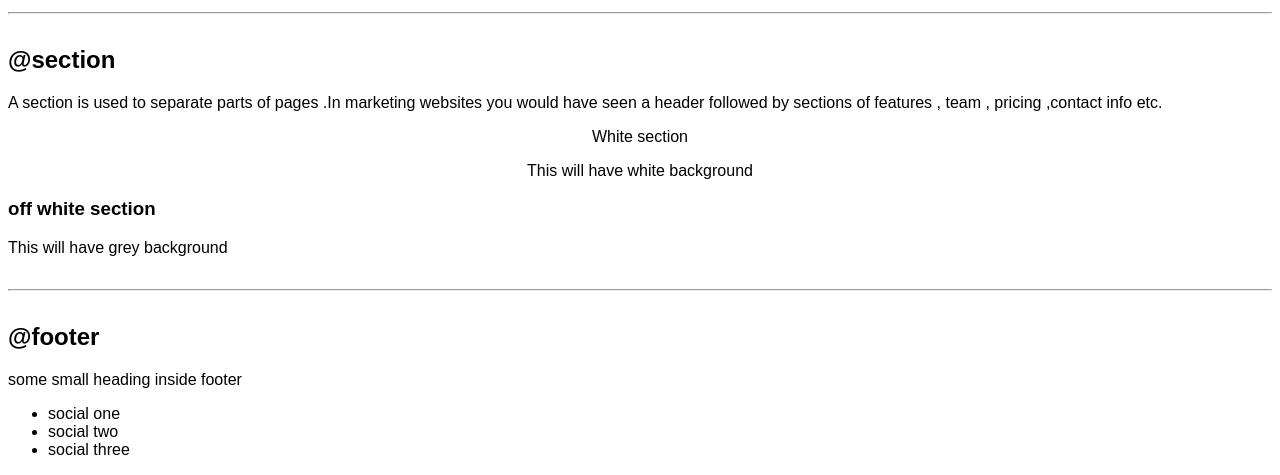
Repository: nihalani20/KomalNihalani-Portfolio
Page: index.html
An editor plug-in stored every save of this project. The page is shown before and after the next save, followed by the edit.
The browser window is 1280 px wide. The pictures show the part of the page from y = 2075 to 2560 px (the page is 2550 px tall before and 2560 px after).
A picture or video elsewhere on the page could not be fetched, so the positions and the page height are approximate.

Above is the page before, as saved 2023-10-29 14:02:39.

### index.html
<!DOCTYPE html>
<html lang="en">
<head>
    <meta charset="UTF-8">
    <meta name="viewport" content="width=device-width, initial-scale=1.0">
    <title>component library</title>
    <link href = "style.css" rel = "stylesheet"/>


</head>
<body>
    <h1 >komal's component Library</h1>
    <p>I am attending <strong>neog.camp </strong>and I want to make a library  which would make all my <strong>projects</strong> look good and consistent.</p>

    <hr>

    <h2>@typography</h2>

    <h1>This is the biggest heading</h1>
    <h2>This is the second biggest heading</h2>
    <p>Let me show you the normal text . This is free flowing and will wrap at the end like a paragraph.</p>
    <small>This is relatively smaller text.</small>


    <hr>

<h2>@container</h2>
<h3>@fluid container</h3>
<!-- below we used div class instead of para element -->
<div class = "container">This is a fluid container and it will go till the end of the page.</div>

<h3>@center container</h3>
<div class = "container container-center">This is a centered container and it will go till the specified width.</div>

<hr>

<h2>@links</h2>
<!-- connect link to css -->
<a  class = "link primary-link"href="/">Primary Link</a>
<a  class = "link secondary-link"href ="/">Secondary link</a>


<hr>
<h2>@lists</h2>
<h3>unordered list</h3>
<p>We don't want to show bullets in the unordered list. We'll remove that with CSS.</p>
<ul class="list-non-bullet">
<li> Item one</li>
<li> Item two</li>
<li>Item three</li>
</ul>





<h3>ordered list</h3>

<ol>
    <li>milk</li>
    <li>curd</li>
    <li>Banana</li>

</ol>


<h3> reversed ordered list</h3>
<p>Counting of will go reverse for this list</p>
<ol reversed>
    <li>Banana</li>
    <li>curd</li>
    <li>milk</li>
</ol>

<h3> unordered inline list</h3>
<p>Instead of going in a new row, we will create a list which will take columns.</p>
<ul class="list-non-bullet">

<li class="list-item-inline">Inline Item one</li>
<li class="list-item-inline">Inline Item two</li>
<li class="list-item-inline">Inline Item three</li>

</ul>

<hr>

<h2>@navigation bar</h2>
<nav class="navigation-container">

    <div class = "nav-brand">I am a developer</div>

    <ul class="list-non-bullet">
        <!-- also we have to active the link -->

<li class="list-item-inline"> home</li>
<a class="link-active"></a>

<li class="list-item-inline"> projects</li>
<a class = "link"></a>

<li class="list-item-inline">blogs</li>
<a class = "link"></a>


    </ul>
</nav>

<hr>
<!-- Header is also called Hero  -->
<header class = "hero">
    <img class="hero-img" src = "images/undraw_proud_coder_re_exuy.svg">
    <h1 class = "hero-heading"> Heading inside hero </h1>

</header>

<hr>
<h2>@section</h2>
<p>A section is used to separate parts of pages .In marketing websites you would have seen a header followed by sections of features , team , pricing ,contact info etc.</p>






<section class="section">
<div class="container-center"
    <h3>White section</h3>
    <p>This will have white background</p>
</section>

<section>
    <h3> off white section</h3>
    <p>This will have  grey background</p>

</section>


<hr>


<h2>@footer</h2>
<footer>
<div>some small heading inside footer</div>
    <ul>
        <li>social one</li>
        <li>social two</li>
        <li>social three</li>
    </ul>
</footer>











<!-- </body><div style ="height : 30vh";></div> -->
<!-- From above line of code you see that there is padding from the bottom . -->


</body>
</html>

### style.css
:root
{
    /* --primary-color: #4f46e5; */
    --primary-color:#756ff3;
    --gray: #F3F4F6;
    --dark-gray: #6B7280;

}



/* typography */
body
{
    font-family: 'Montserrat', sans-serif;

}
/* containers */

.container
/* this works on both container and if you put text align center it will work on both container */
{
   padding-left: 1rem;
   padding-right: 1rem;
}
.container-center{
    /* max-width: 600px; */
    /* margin: auto; */
    /* below we can also do this */
    text-align: center;
}

/* links */
.link
{
    text-decoration: none;
    padding: 0.5rem 1rem;
}


.primary-link
{
    /* color:white; */
    background-color:var(--primary-color);
    border-radius: 0.5rem;
    border: 1px solid ;
    color:white;
    padding: 0.5rem 1rem 0.5rem 1rem;

}
.secondary-link
{


    border-radius: 0.5rem;
    border: 1px solid ;
    color:var(--primary-color);

}
hr{
    margin: 2rem 0rem;
}

/* lists */
.list-non-bullet
{
    list-style: none;
}
.list-item-inline
{
    display: inline;
     padding:0rem 0.5rem;

}

/* navigation */
.navigation-container
{
    background-color:var(--primary-color);
    color:white;
    padding: 1rem;
    border-bottom-left-radius:1rem;

}

.nav-brand
{
     font-weight: bold;

}
.link-active
{
    font-weight: bold;
}




/* header */

.hero{
    padding:2rem;
}
.hero-img
{
    max-width: 350px;
    display:block;
    margin: auto;
}
.hero-heading
{
    color:var(--dark-gray);
    text-align: center;
}

After the next save:
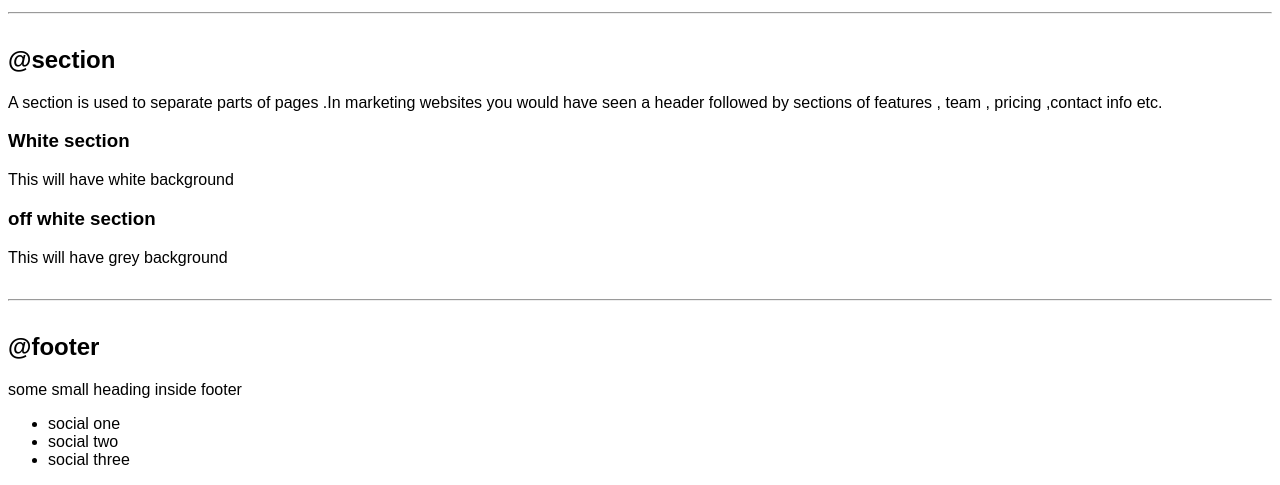
Saved 47 min 22 s later.
--- a/index.html
+++ b/index.html
@@ -123,7 +123,7 @@
 
 
 <section class="section">
-<div class="container-center"
+<div class="container-center"></div>
     <h3>White section</h3>
     <p>This will have white background</p>
 </section>
